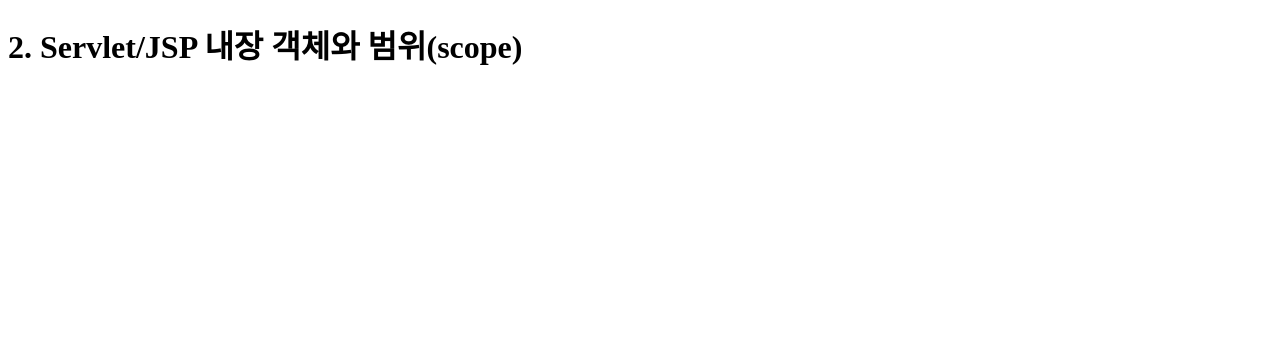
Repository: hyungjuIM/06_Server
Page: http://localhost/JSPProject2/scope
An editor plug-in stored every save of this project. The page is shown before and after the next save, followed by the edit.
The browser window is 1280 px wide. The pictures show the whole page.
The page is served by Tomcat 9.

Above is the page before, as saved 2023-03-21 08:44:12.

After the next save:
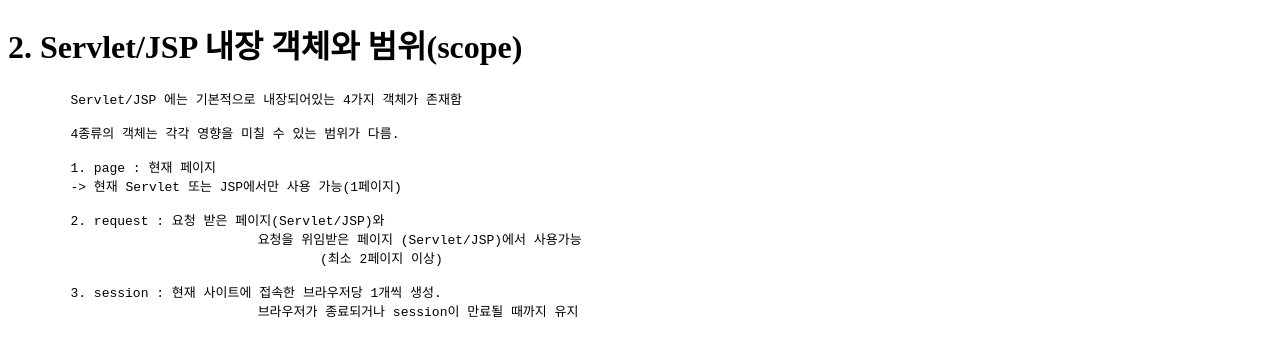
Saved 3 min 12 s later.
--- a/JSPProject2/src/main/webapp/WEB-INF/views/el/scope.jsp
+++ b/JSPProject2/src/main/webapp/WEB-INF/views/el/scope.jsp
@@ -10,6 +10,20 @@ pageEncoding="UTF-8" %>
 </head>
 <body>
     <h1>2. Servlet/JSP 내장 객체와 범위(scope)</h1>
+    <pre>
+    	Servlet/JSP 에는 기본적으로 내장되어있는 4가지 객체가 존재함
 
+    	4종류의 객체는 각각 영향을 미칠 수 있는 범위가 다름.
+
+    	1. page : 현재 페이지
+    	-> 현재 Servlet 또는 JSP에서만 사용 가능(1페이지)
+
+    	2. request : 요청 받은 페이지(Servlet/JSP)와
+    				요청을 위임받은 페이지 (Servlet/JSP)에서 사용가능
+    					(최소 2페이지 이상)
+
+    	3. session : 현재 사이트에 접속한 브라우저당 1개씩 생성.
+    				브라우저가 종료되거나 session이 만료될 때까지 유지
+    </pre>
 </body>
 </html>
